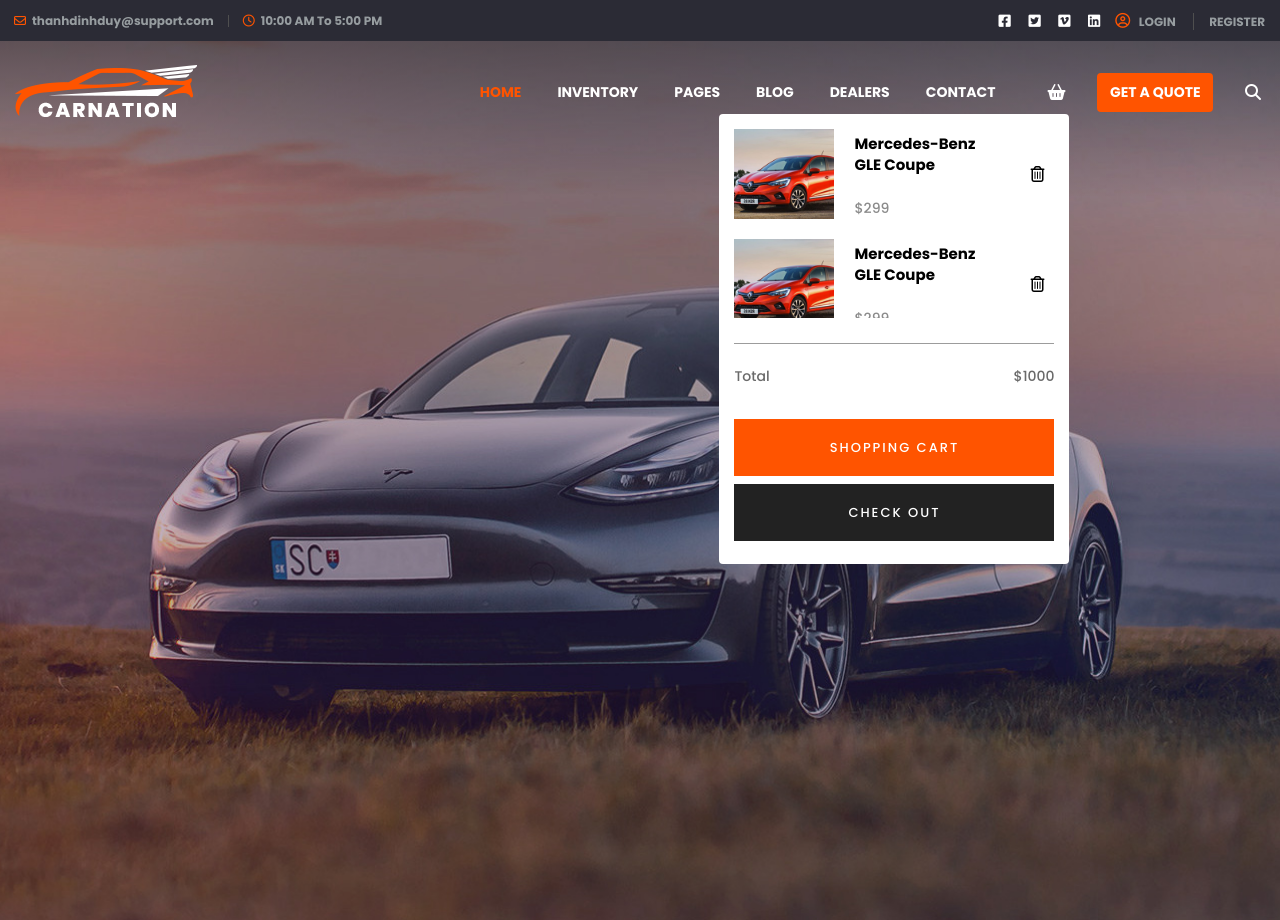
Repository: thanhdinh01/shopcar
Page: index.html
The author's editor kept a copy of each file at every save. The page is drawn from the files as they stood at one save, then again after the next save.
The browser window is 1280 px wide. The pictures show the whole page.
Some web libraries are served in a nearby version. The style sheet was rebuilt from its Sass, Less or Tailwind sources for each picture, by a compiler version that may differ from the author's.

Above is the page before, as saved 2022-08-10 21:24:18.

### index.html
<!DOCTYPE html>
<html lang="en">
  <head>
    <meta charset="UTF-8" />
    <meta http-equiv="X-UA-Compatible" content="IE=edge" />
    <meta name="viewport" content="width=device-width, initial-scale=1.0" />
    <title>Increase follower on social media</title>
    <link
      rel="stylesheet"
      href="https://cdnjs.cloudflare.com/ajax/libs/font-awesome/6.1.2/css/all.min.css"
      integrity="sha512-1sCRPdkRXhBV2PBLUdRb4tMg1w2YPf37qatUFeS7zlBy7jJI8Lf4VHwWfZZfpXtYSLy85pkm9GaYVYMfw5BC1A=="
      crossorigin="anonymous"
      referrerpolicy="no-referrer"
    />
    <link
      href="https://fonts.googleapis.com/css2?family=Poppins:wght@300;400;500;600;700&display=swap"
      rel="stylesheet"
    />
    <link rel="stylesheet" href="./css/reset.css" />
    <link rel="stylesheet" href="./css/style.css" />
  </head>

  <body>
    <div class="main">
      <!-- HEADER -->
      <header class="header">
        <div class="header-top">
          <div class="container">
            <div class="header-top-container dflex">
              <ul class="header-top-left">
                <li>
                  <i class="fa-regular fa-envelope"></i>
                  <p>thanhdinhduy@support.com</p>
                </li>
                <li>
                  <i class="fa-regular fa-clock"></i>
                  <p>10:00 AM To 5:00 PM</p>
                </li>
              </ul>
              <ul class="header-top-right">
                <li class="header-contact">
                  <a href="#"><i class="fa-brands fa-square-facebook"></i></a>
                  <a href="#"><i class="fa-brands fa-square-twitter"></i></a>
                  <a href="#"><i class="fa-brands fa-square-vimeo"></i></a>
                  <a href="#"><i class="fa-brands fa-linkedin"></i></a>
                </li>
                <li class="header-login">
                  <a href="#" class="login">
                    <i class="fa-regular fa-circle-user"></i> LOGIN
                  </a>
                  <a href="#" class="logup"> REGISTER </a>
                </li>
              </ul>
            </div>
          </div>
        </div>
        <div class="header-navigation">
          <div class="container p15 dflex">
            <div class="nav-logo">
              <a href="#" class="logo-link">
                <img src="./images/header/logo.png" alt="logo" />
              </a>
            </div>
            <div class="nav-total dflex">
              <ul class="nav-list dflex">
                <li class="nav-item active">
                  <a href="#">HOME</a>
                </li>
                <li class="nav-item">
                  <a href="#">INVENTORY </a>
                  <ul class="sub-list">
                    <li class="sub-item">
                      <a href="#">Inventory List</a>
                    </li>
                    <li class="sub-item">
                      <a href="#">Inventory Details</a>
                    </li>
                  </ul>
                </li>
                <li class="nav-item">
                  <a href="#">PAGES</a>
                  <ul class="sub-list">
                    <li class="sub-item">
                      <a href="#">About us</a>
                    </li>
                    <li class="sub-item">
                      <a href="#">Loan Calculator</a>
                    </li>
                    <li class="sub-item">
                      <a href="#">Login Page</a>
                    </li>
                  </ul>
                </li>
                <li class="nav-item">
                  <a href="#">BLOG</a>
                  <ul class="sub-list">
                    <li class="sub-item">
                      <a href="#">Our Blog</a>
                    </li>
                    <li class="sub-item">
                      <a href="#">Blog Details</a>
                    </li>
                  </ul>
                </li>
                <li class="nav-item">
                  <a href="#">DEALERS</a>
                </li>
                <li class="nav-item">
                  <a href="#">CONTACT</a>
                </li>
              </ul>
              <ul class="nav-interact dflex">
                <li class="cart">
                  <a href="#" class="cart-link">
                    <i class="fa-solid fa-basket-shopping"></i>
                  </a>
                  <div class="cart-wrap">
                    <div class="cart-top">
                      <div class="cart-item">
                        <a href="#" class="product-img">
                          <img
                            src="./images/latest-car/t_released_cars_thumb01.jpg"
                            alt=""
                          />
                        </a>
                        <div class="product-desc">
                          <a href="#" class="product-title"
                            >Mercedes-Benz GLE Coupe</a
                          >
                          <span class="product-price">$299</span>
                        </div>
                        <div class="delete-item">
                          <i class="fa-regular fa-trash-can"></i>
                        </div>
                      </div>
                      <div class="cart-item">
                        <a href="#" class="product-img">
                          <img
                            src="./images/latest-car/t_released_cars_thumb01.jpg"
                            alt=""
                          />
                        </a>
                        <div class="product-desc">
                          <a href="#" class="product-title">
                            Mercedes-Benz GLE Coupe
                          </a>
                          <span class="product-price">$299</span>
                        </div>
                        <div class="delete-item">
                          <i class="fa-regular fa-trash-can"></i>
                        </div>
                      </div>
                      <div class="cart-item">
                        <a href="#" class="product-img">
                          <img
                            src="./images/latest-car/t_released_cars_thumb01.jpg"
                            alt=""
                          />
                        </a>
                        <div class="product-desc">
                          <a href="#" class="product-title"
                            >Mercedes-Benz GLE Coupe Benz GLE Coupe</a
                          >
                          <span class="product-price">$299</span>
                        </div>
                        <div class="delete-item">
                          <i class="fa-regular fa-trash-can"></i>
                        </div>
                      </div>
                      <div class="cart-item">
                        <a href="#" class="product-img">
                          <img
                            src="./images/latest-car/t_released_cars_thumb01.jpg"
                            alt=""
                          />
                        </a>
                        <div class="product-desc">
                          <a href="#" class="product-title"
                            >Mercedes-Benz GLE Coupe</a
                          >
                          <span class="product-price">$299</span>
                        </div>
                        <div class="delete-item">
                          <i class="fa-regular fa-trash-can"></i>
                        </div>
                      </div>
                    </div>
                    <div class="cart-bottom">
                      <div class="cart-bottom-price">
                        <p>Total</p>
                        <span>$1000</span>
                      </div>
                      <div class="cart-bottom-buying">
                        <button class="button buy-now">SHOPPING CART</button>
                        <button class="button check-out">CHECK OUT</button>
                      </div>
                    </div>
                  </div>
                </li>
                <li class="quote">
                  <button class="button">GET A QUOTE</button>
                </li>
                <li class="search">
                  <i class="fa-solid fa-magnifying-glass"></i>
                </li>
              </ul>
            </div>
          </div>
        </div>
        <div class="header-main"></div>
        <div class="header-selection"></div>
      </header>
    </div>
  </body>
</html>

### css/style.scss
@import "reset";
@import "variables";
@import "global";
@import "header";

### css/_variables.scss
$primaryColor: #ff5400;
$blackColor: #000;
$whiteColor: #fff;
$textColor: #9c9c9c;

### css/_global.scss
body,
*,
html {
  font-family: "Poppins", sans-serif;
  font-size: 62.5%;
  box-sizing: border-box;
}

.container {
  max-width: 1440px;
  margin: 0 auto;
}

.dflex {
  display: flex;
  justify-content: space-between;
  align-items: center;
}

.button {
  outline: none;
  border: none;
  color: $whiteColor;
  background-color: $primaryColor;
  line-height: 1;
  cursor: pointer;
}

.p15 {
  padding: 0 15px;
}

### css/_header.scss
.header {
  background: url("../images/header/banner_bg02.jpg") center/ cover no-repeat;
  height: 920px;
  .header-top {
    max-width: 100%;
    height: 41px;
    background-color: #2b2b35;
    color: #979da0;
    font-size: 1.2rem;
    font-weight: 700;
    &-container,
    .container {
      height: 100%;
    }
    &-left {
      display: flex;
      li:first-child {
        border-right: 1px solid #4f4f4f;
      }
      li {
        display: flex;
        align-items: center;
        padding: 0 14px;
        i {
          color: $primaryColor;
          margin-right: 6px;
        }
      }
    }
    &-right {
      display: flex;
      align-items: center;
      .header-contact {
        a {
          color: $whiteColor;
          margin-left: 15px;
          font-size: 1.4rem;
          text-decoration: none;
          i {
            display: inline-block;
          }
          &:hover {
            color: $primaryColor;
          }
        }
      }
      .header-login {
        a {
          text-decoration: none;
          color: #979da0;
          padding: 0 15px;
          font-size: 12px;
          &:first-child {
            padding-right: 15px;
            border-right: 1px solid #4f4f4f;
            i {
              color: $primaryColor;
              margin-right: 6px;
              font-size: 1.5rem;
            }
          }
          &:hover {
            color: $primaryColor;
          }
        }
      }
    }
  }
  .header-navigation {
    padding-top: 24px;
    position: relative;
    &::after {
      content: "";
      position: absolute;
      left: 0;
      top: 0;
      width: 100%;
      height: 156px;
      background: linear-gradient(to bottom, #151515, transparent);
      opacity: 0.47;
    }
    .nav-logo,
    .nav-total {
      z-index: 1;
    }
    .nav-list {
      margin-right: 30px;
      .nav-item.active {
        a {
          color: $primaryColor;
        }
      }
      .nav-item {
        position: relative;
        a {
          padding: 20px 18px;
          display: inline-block;
          text-decoration: none;
          font-size: 14px;
          font-weight: 700;
          color: $whiteColor;
          &:hover {
            color: $primaryColor;
          }
        }
        &:hover .sub-list {
          opacity: 1;
          visibility: visible;
          transform: scale(1);
        }
        .sub-list {
          position: absolute;
          top: 100%;
          left: 0;
          width: 200px;
          padding: 15px 0;
          background-color: $whiteColor;
          box-shadow: 0px 30px 70px 0px rgb(137 139 142 / 15%);
          transform: scale(1, 0);
          transform-origin: 0 0;
          opacity: 0;
          visibility: hidden;
          transition: all 0.3s ease-in-out;
          .sub-item a {
            color: $blackColor;
            display: block;
            padding: 16px 18px;
            &:hover {
              color: $primaryColor;
            }
          }
        }
      }
    }
    .nav-interact {
      gap: 0 28px;
      .cart {
        position: relative;
        .cart-link {
          display: block;
          padding: 4px;
          i {
            font-size: 1.6rem;
            color: $whiteColor;
          }
        }
        .cart-wrap {
          position: absolute;
          right: 0;
          top: calc(100% + 10px);
          height: 450px;
          width: 350px;
          padding: 15px;
          display: flex;
          flex-direction: column;
          justify-content: space-between;
          background-color: $whiteColor;
          border-radius: 4px;
          .cart-top {
            max-height: 45%;
            width: 100%;
            overflow: auto;
            flex-shrink: 0;
            .cart-item {
              display: flex;
              // align-items: center;
              gap: 0 20px;
              margin-bottom: 20px;
              .product-img {
                width: 100px;
                height: 90px;
                display: block;
                flex-shrink: 0;
                img {
                  width: 100%;
                  height: 100%;
                  object-fit: cover;
                  display: block;
                }
              }
              .product-desc {
                display: flex;
                flex-direction: column;
                margin: 4px 0;
                .product-title {
                  display: block;
                  font-size: 1.5rem;
                  font-weight: 700;
                  text-decoration: none;
                  color: $blackColor;
                  line-height: 1.4;
                  &:hover {
                    color: $primaryColor;
                  }
                }
                .product-price {
                  display: block;
                  color: #8b8b8b;
                  font-size: 1.4rem;
                  font-weight: 500;
                  margin-top: auto;
                }
              }
              .delete-item {
                display: flex;
                align-items: center;
              }
              i {
                font-size: 1.6rem;
                padding: 0 10px;
                cursor: pointer;
                &:hover {
                  color: $primaryColor;
                }
              }
            }
          }
          .cart-bottom {
            margin-top: 25px;
            flex: 1;
            border-top: 1px solid $textColor;
            display: flex;
            flex-direction: column;
            &-price {
              font-size: 1.4rem;
              font-weight: 500;
              color: #6a6a6a;
              display: flex;
              justify-content: space-between;
              margin: 25px 0;
            }
            &-buying {
              // display: flex;
              // flex-direction: column;
              margin-top: auto;
              .button {
                display: block;
                padding: 22px;
                width: 100%;
                margin: 8px 0;
                font-size: 1.3rem;
                font-weight: 500;
                letter-spacing: 2px;
              }
              .check-out {
                background-color: #222;
                &:hover {
                  opacity: 0.9;
                }
              }
              .buy-now:hover {
                opacity: 0.9;
              }
            }
          }
        }
      }
      .quote {
        button {
          color: $whiteColor;
          font-size: 1.4rem;
          font-weight: 700;
          padding: 12.5px;
          border-radius: 4px;
          min-width: 44px;
          cursor: pointer;
          transition: all 0.3s ease;
          &:hover {
            background-color: $blackColor;
          }
        }
      }
      .search {
        i {
          display: block;
          font-size: 1.6rem;
          padding: 4px;
          color: $whiteColor;
          cursor: pointer;
        }
      }
    }
  }
}

Loaded but not shown: css/reset.css (common file); css/_reset.scss (common file)

After the next save:
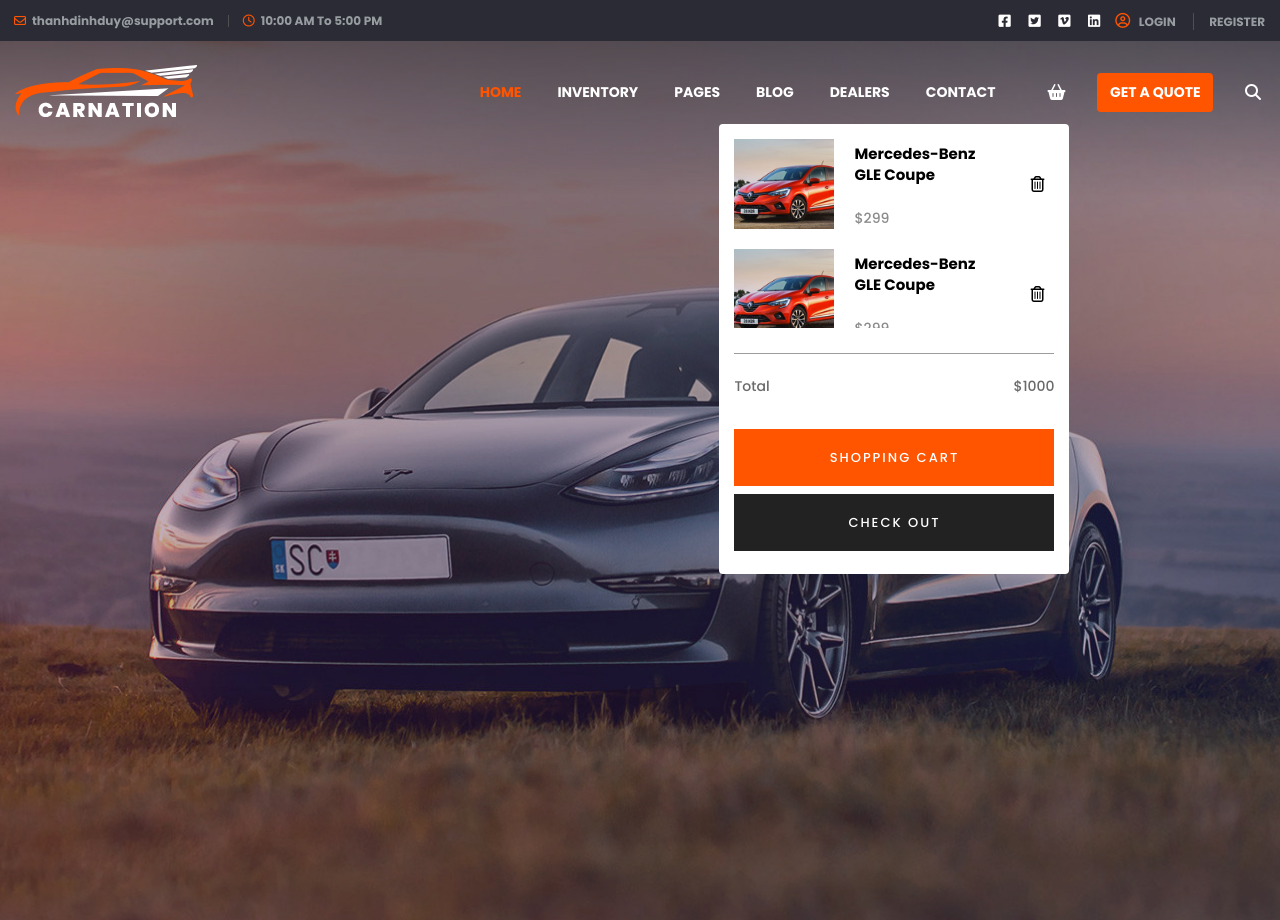
Saved 5 s later.
--- a/css/_header.scss
+++ b/css/_header.scss
@@ -147,7 +147,7 @@
         .cart-wrap {
           position: absolute;
           right: 0;
-          top: calc(100% + 10px);
+          top: calc(100% + 20px);
           height: 450px;
           width: 350px;
           padding: 15px;
